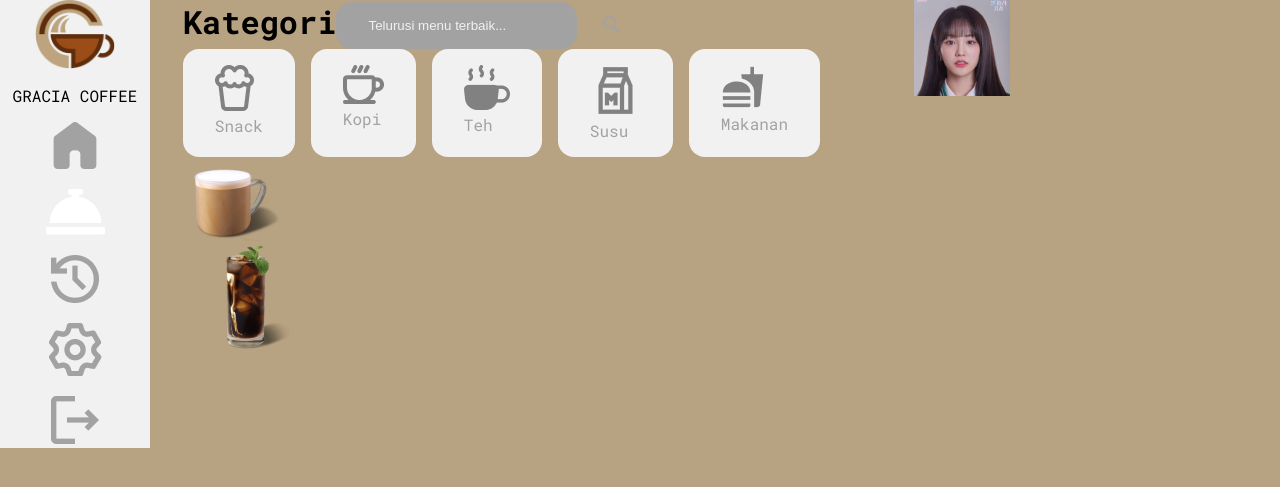
Repository: DanielChuaaa/sbd2
Page: index.html
An editor plug-in stored every save of this project. The page is shown before and after the next save, followed by the edit.
The browser window is 1280 px wide. The pictures show the whole page.
Some web libraries are served in a nearby version.

Above is the page before, as saved 2023-10-20 11:10:46.

After the next save:
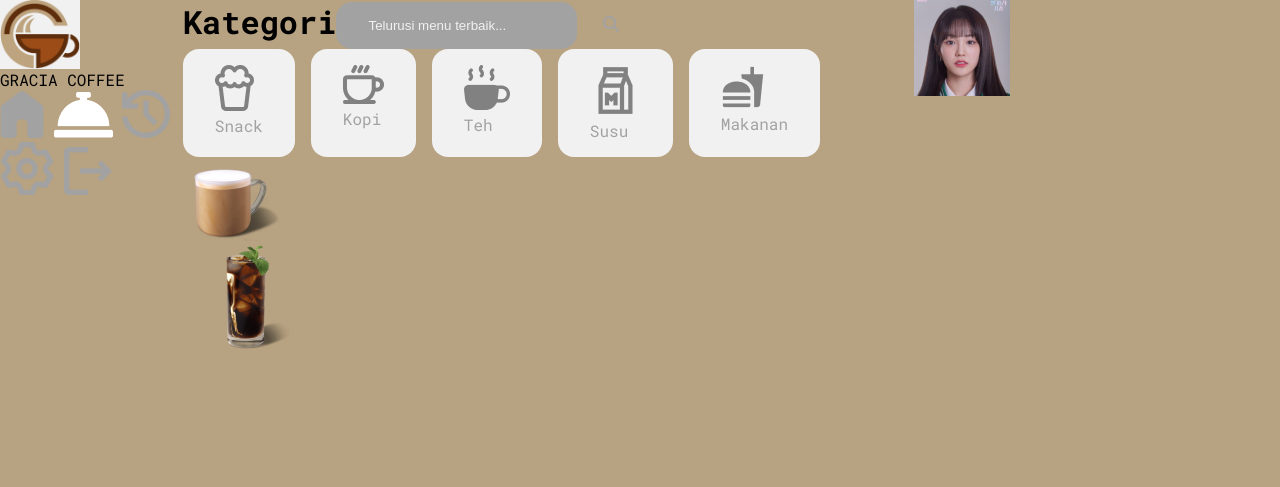
Saved 5 s later.
--- a/index.html
+++ b/index.html
@@ -17,7 +17,7 @@
 <body>
     <div class="container">
         <div class="grid-wrapper">
-            <div class="icon">
+            <div class="iconParent">
                 <img src="/assets/logo projek SBD 1.png" class="icon" width="80px" height="70px" alt="logo">
                 <p class="">GRACIA COFFEE</p>
                 <a href="#"><img src="./assets/home.png" alt="home"></a>
